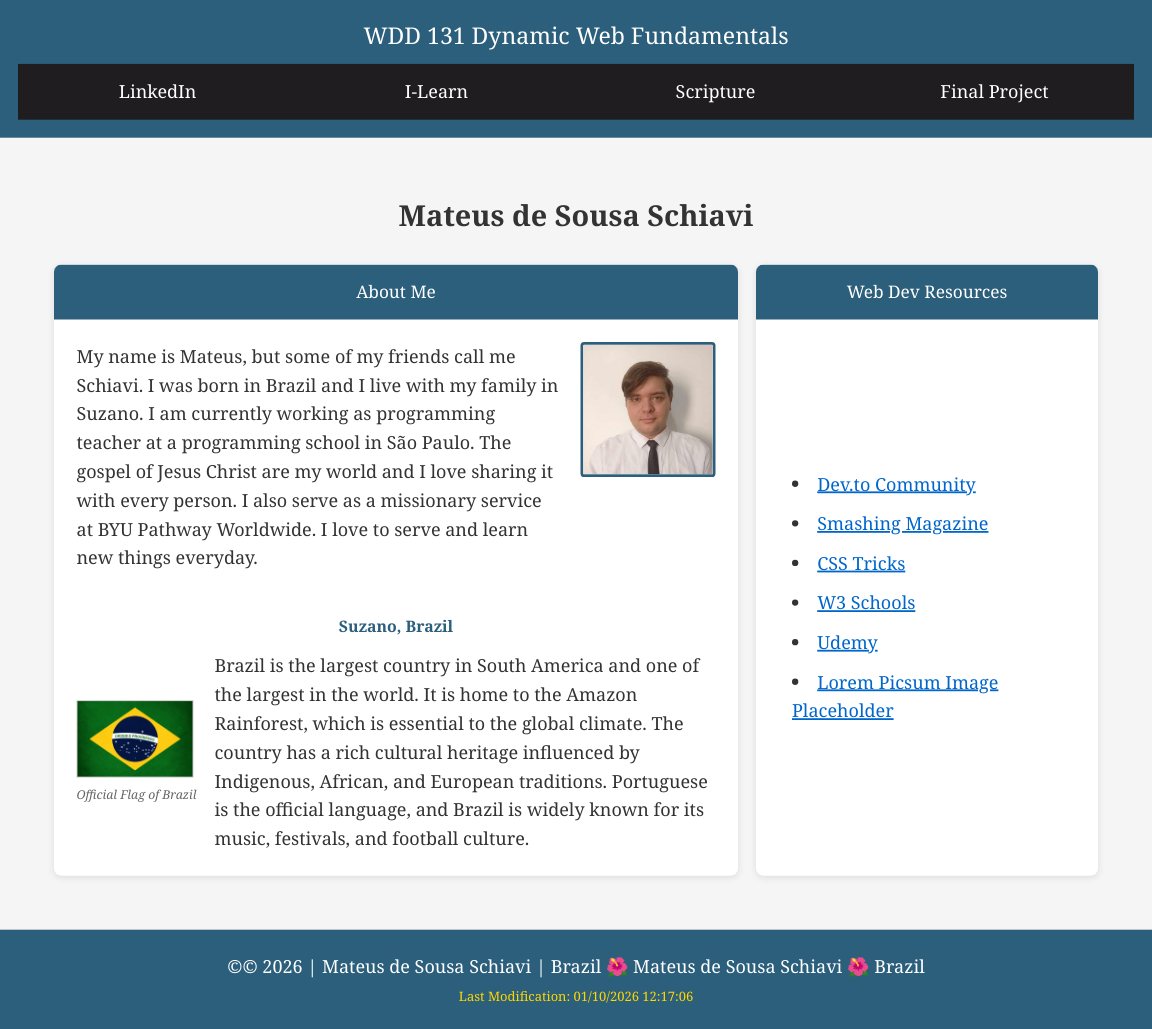
Repository: mateus-schiavi/wdd131
Page: index.html
An editor plug-in stored every save of this project. The page is shown before and after the next save, followed by the edit.
The browser window is 1280 px wide. The pictures show the whole page, at 90% of full size.
Some web fonts or font styles are not loaded; a fallback is used.

Above is the page before, as saved 2026-01-10 18:43:57.

### index.html
<!DOCTYPE html>
<html lang="en">

<head>
    <script src="./scripts/getdates.js" defer></script>
    <meta charset="UTF-8">
    <meta name="viewport" content="width=device-width, initial-scale=1.0">
    <meta name="author" content="Mateus de Sousa Schiavi">
    <meta name="description"
        content="Personal homepage for WDD 131 Dynamic Web Fundamentals, featuring information about Mateus de Sousa Schiavi and useful web development resources.">
    <title>WDD 131 - Dynamic Web Fundamentals - Mateus de Sousa Schiavi</title>
    <link rel="stylesheet" href="./styles/base.css">
    <link rel="preconnect" href="https://fonts.googleapis.com">
    <link rel="preconnect" href="https://fonts.gstatic.com" crossorigin>
    <link href="https://fonts.googleapis.com/css2?family=Ancizar+Serif:ital,wght@0,300..900;1,300..900&display=swap"
        rel="stylesheet">
</head>

<body>
    <header>
        <span id="course-title">WDD 131 Dynamic Web Fundamentals</span>
        <nav>
            <a href="https://www.linkedin.com/in/mateus-de-sousa-schiavi/" target="_blank">LinkedIn</a>
            <a href="https://byupw.instructure.com/" target="_blank">I-Learn</a>
            <a href="https://www.churchofjesuschrist.org/study/scriptures/nt/matt/24?lang=eng&id=p14#p14"
                target="_blank">Scripture</a>
            <a href="#">Final Project</a>
        </nav>
    </header>

    <main>
        <h2>Mateus de Sousa Schiavi</h2>
        <div class="content-wrapper">
            <section class="card about-card">
                <h3>About Me</h3>
                <div class="about-content">
                    <div class="text-content">
                        <p>
                            My name is Mateus, but some of my friends call me Schiavi. I was born in Brazil and I live
                            with my family in Suzano. I am currently working as programming teacher at a programming
                            school in São Paulo. The gospel of Jesus Christ are my world and I love sharing it with
                            every person. I also serve as a missionary service at BYU Pathway Worldwide. I love to serve
                            and learn new things everyday.
                        </p>
                    </div>
                    <img src="./images/profile.jpg" alt="Profile picture of Mateus de Sousa Schiavi">
                </div>
                <div class="country">
                    <h4>Suzano, Brazil</h4>
                    <div class="country-content">
                        <figure>
                            <img src="./images/brazilian_flag.jpg" alt="Official flag of Brazil">
                            <figcaption>Official Flag of Brazil</figcaption>
                        </figure>
                        <p>
                            Brazil is the largest country in South America and one of the largest in the world.
                            It is home to the Amazon Rainforest, which is essential to the global climate.
                            The country has a rich cultural heritage influenced by Indigenous, African, and
                            European traditions. Portuguese is the official language, and Brazil is widely
                            known for its music, festivals, and football culture.
                        </p>
                    </div>
                </div>
            </section>
            <section class="card resources-card">
                <h3>Web Dev Resources</h3>
                <ul>
                    <li><a href="https://dev.to/" target="_blank">Dev.to Community</a></li>
                    <li><a href="https://www.smashingmagazine.com/" target="_blank">Smashing Magazine</a></li>
                    <li><a href="https://css-tricks.com/" target="_blank">CSS Tricks</a></li>
                    <li><a href="https://www.w3schools.com/" target="_blank">W3 Schools</a></li>
                    <li><a href="https://www.udemy.com/" target="_blank">Udemy</a></li>
                    <li><a href="https://picsum.photos/" target="_blank">Lorem Picsum Image Placeholder</a></li>
                </ul>
            </section>
        </div>
    </main>
    <footer>
        <p>©<span id="currentYear"></span> 🌺 Mateus de Sousa Schiavi 🌺 Brazil</p>
        <p id="lastModified"></p>
    </footer>
</body>

</html>

### scripts/getdates.js
const currentYear = new Date().getFullYear();

document.getElementById("currentYear").textContent = `© ${currentYear} | Mateus de Sousa Schiavi | Brazil`;

const lastModifiedDate = document.lastModified;

document.getElementById("lastModified").textContent = `Last Modification: ${lastModifiedDate}`;

### styles/base.css
* {
  margin: 0;
  padding: 0;
  box-sizing: border-box;
}

body {
  font-family: 'Ancizar Serif', Georgia, serif;
  background-color: #f5f5f5;
  line-height: 1.6;
  font-size: 20px;
  color: #333;
}

header {
  background-color: #2c5f7c;
  color: white;
  padding: 20px;
  text-align: center;
}

#course-title {
  display: block;
  font-size: 1.6rem;
  font-weight: 400;
  margin-bottom: 10px;
}

nav {
  background-color: #1f1d1f;
  display: flex;
  justify-content: space-around;
  flex-wrap: wrap;
}

nav a {
  color: white;
  text-decoration: none;
  padding: 15px 20px;
  display: block;
  flex: 1;
  text-align: center;
  transition: background-color 0.3s;
}

nav a:hover,
nav a:focus {
  background-color: #444;
}

main {
  max-width: 1200px;
  margin: 60px auto;
  padding: 0 20px;
}

main > h2 {
  text-align: center;
  font-size: 2rem;
  margin-bottom: 30px;
  color: #333;
}

.content-wrapper {
  display: grid;
  grid-template-columns: 2fr 1fr;
  gap: 20px;
}

.card {
  background-color: white;
  border-radius: 8px;
  box-shadow: 0 2px 8px rgba(0, 0, 0, 0.1);
  overflow: hidden;
  transition: transform 0.2s ease, box-shadow 0.2s ease;
}

.card:hover {
  transform: translate(-3px);
  box-shadow: 0 4px 12px rgba(0, 0, 0, 0.15);
}

.card h3 {
  background-color: #2c5f7c;
  color: white;
  padding: 15px;
  text-align: center;
  font-size: 1.2rem;
  margin: 0;
  font-weight: normal;
}

.about-card .about-content {
  padding: 25px;
  display: flex;
  gap: 20px;
  align-items: flex-start;
}

.text-content {
  flex: 1;
}

.text-content p {
  max-width: 65ch;
  text-align: left;
}

.about-content img {
  width: 150px;
  height: auto;
  border: 3px solid #2c5f7c;
  border-radius: 4px;
  flex-shrink: 0;
}

.country {
  padding: 25px;
  padding-top: 20px;
}

.country h4 {
  text-align: center;
  color: #2c5f7c;
  margin-bottom: 15px;
  font-size: 1.1rem;
}

.country-content {
  display: flex;
  gap: 20px;
  align-items: center;
  margin-top: 15px;
}

.country-content figure {
  text-align: center;
  margin: 0;
  flex-shrink: 0;
}

.country-content figure img {
  width: 130px;
  height: auto;
  border: 1px solid #ccc;
  display: block;
  margin-bottom: 8px;
}

.country-content figcaption {
  font-size: 0.85rem;
  font-style: italic;
  color: #666;
}

.country-content p {
  flex: 1;
  max-width: 65ch;
  text-align: left;
}

.resources-card {
  display: flex;
  flex-direction: column;
}

.resources-card ul {
  padding-left: 40px;
  list-style-position: inside;
  display: flex;
  flex-direction: column;
  justify-content: center;
  height: 100%;
}

.resources-card li {
  margin-bottom: 12px;
}

.resources-card li:last-child {
  margin-bottom: 0;
}

.resources-card a {
  color: #0066cc;
  text-decoration: underline;
  transition: color 0.2s;
}

.resources-card a:hover,
.resources-card a:focus {
  color: #004499;
}

footer {
  background-color: #2c5f7c;
  color: white;
  text-align: center;
  padding: 20px;
  margin-top: 40px;
}

footer p {
  margin: 5px 0;
}

#lastModified {
  font-size: 0.9rem;
  color: #ffd700;
}

@media (max-width: 900px) {
  .content-wrapper {
    flex-direction: column;
  }

  nav a {
    border-bottom: 1px solid #555;
  }

  nav a:last-child {
    border-bottom: none;
  }

  .about-card .about-content {
    flex-direction: column;
    align-items: center;
    text-align: center;
  }

  .about-card .text-content p {
    text-align: center;
  }

  .country-content {
    flex-direction: column;
    text-align: center;
  }

  .country-content p {
    text-align: center;
  }

  main > h2 {
    font-size: 1.5rem;
  }
}

After the next save:
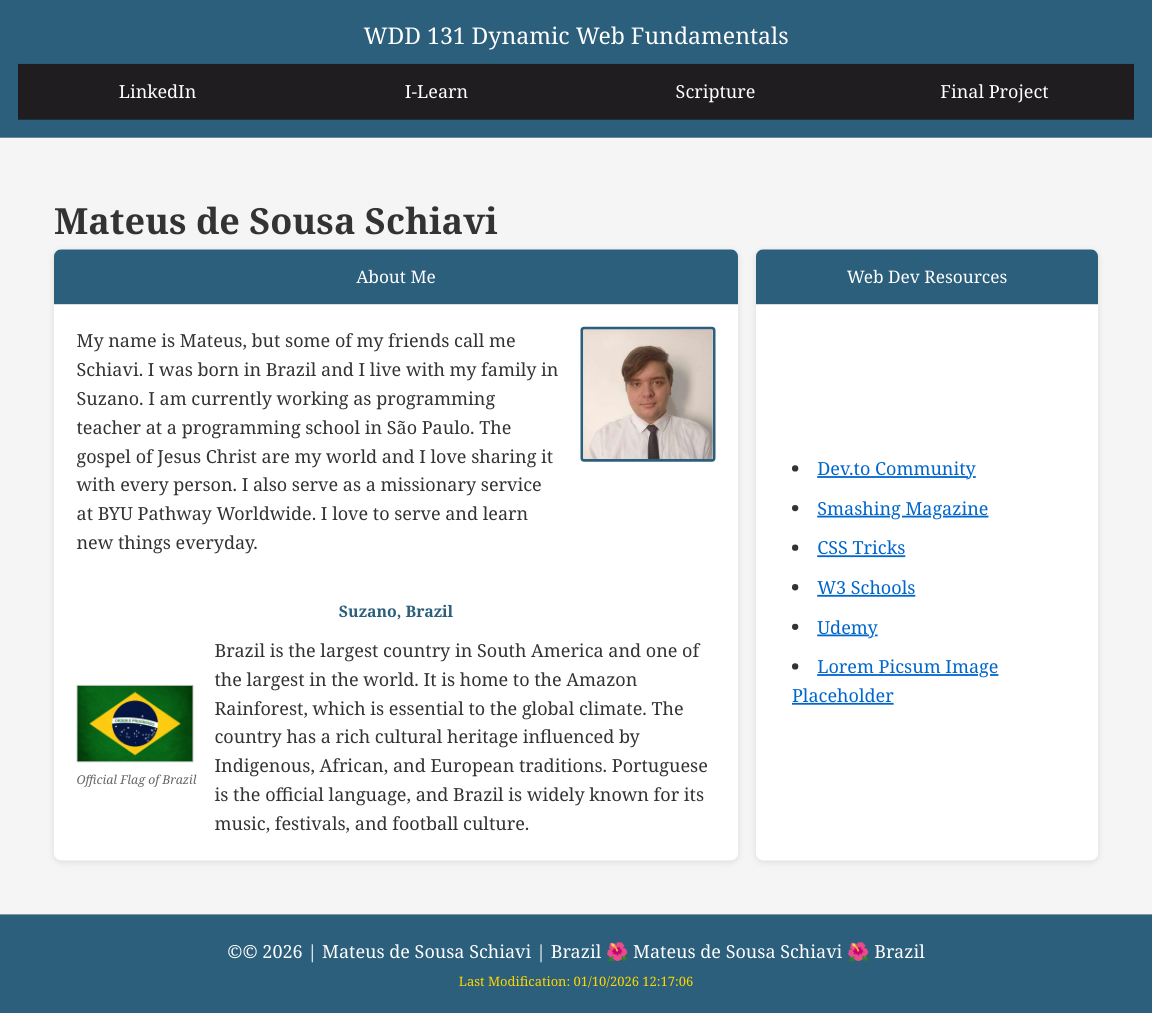
Saved 2 min 56 s later.
--- a/index.html
+++ b/index.html
@@ -29,7 +29,7 @@
     </header>
 
     <main>
-        <h2>Mateus de Sousa Schiavi</h2>
+        <h1>Mateus de Sousa Schiavi</h1>
         <div class="content-wrapper">
             <section class="card about-card">
                 <h3>About Me</h3>

After the save that followed:
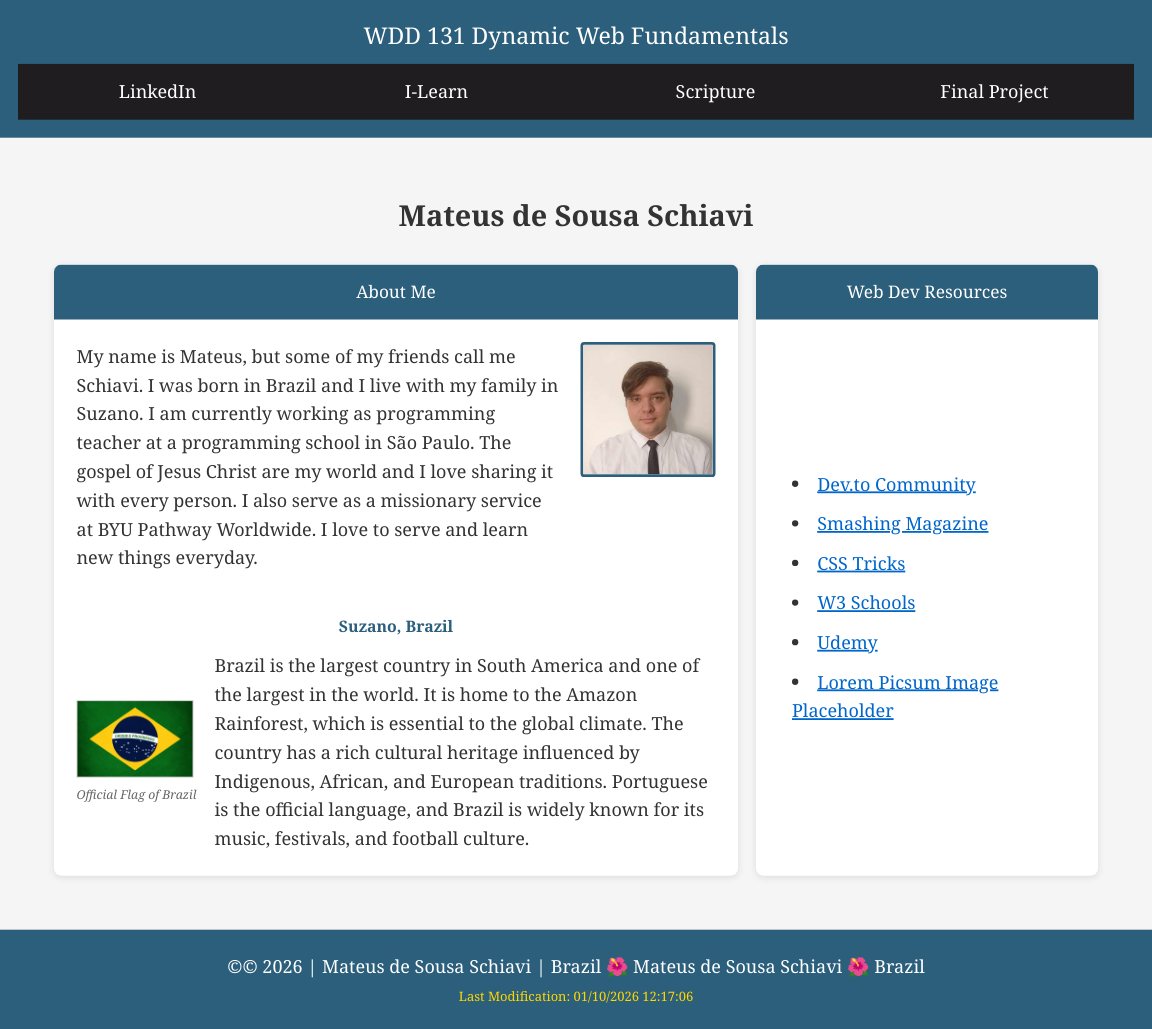
Saved 14 s later.
--- a/styles/base.css
+++ b/styles/base.css
@@ -54,7 +54,7 @@ main {
   padding: 0 20px;
 }
 
-main > h2 {
+main > h1 {
   text-align: center;
   font-size: 2rem;
   margin-bottom: 30px;
